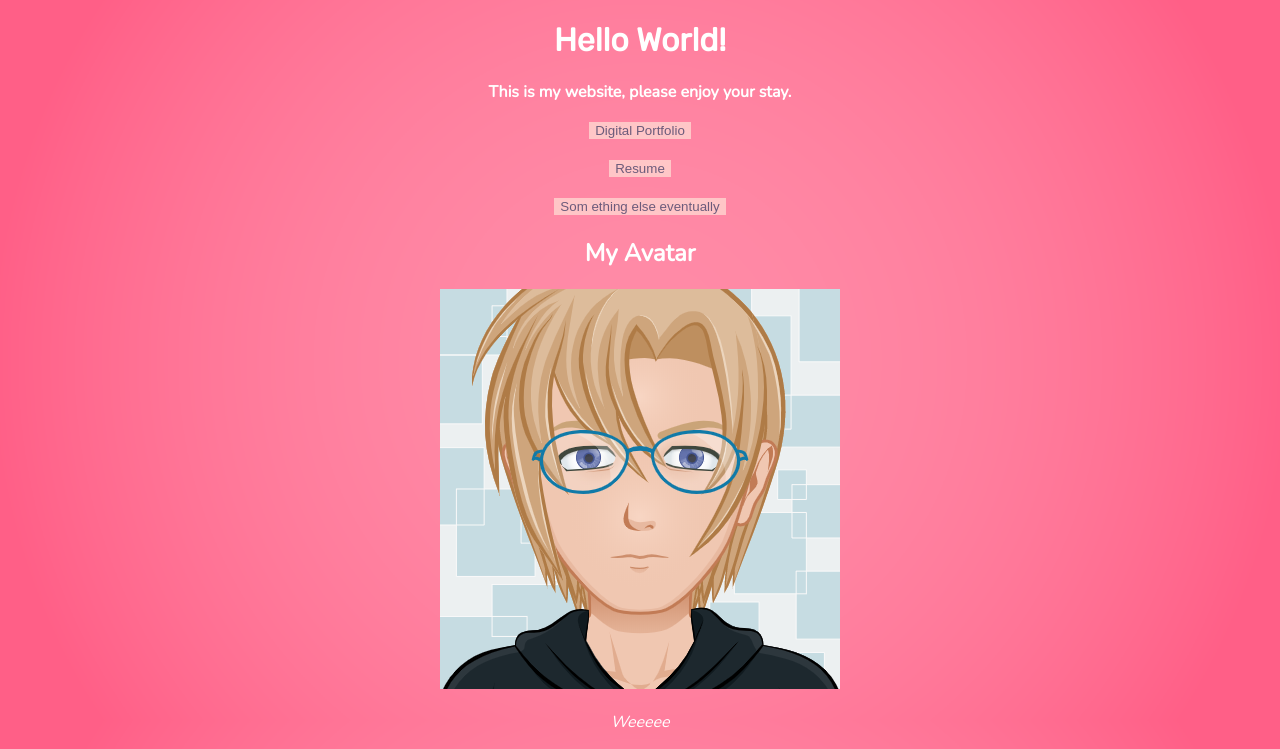
Repository: Ivyeomnky/Ivyeomnky.github.io
Page: index.html
The author's editor kept a record of every edit. The page is drawn from the files as they stood at one moment, then again after the next edit.
The browser window is 1280 px wide. The pictures show the whole page.
Backgrounds fixed to the window are drawn as part of the page.

Above is the page before.

After the next edit:
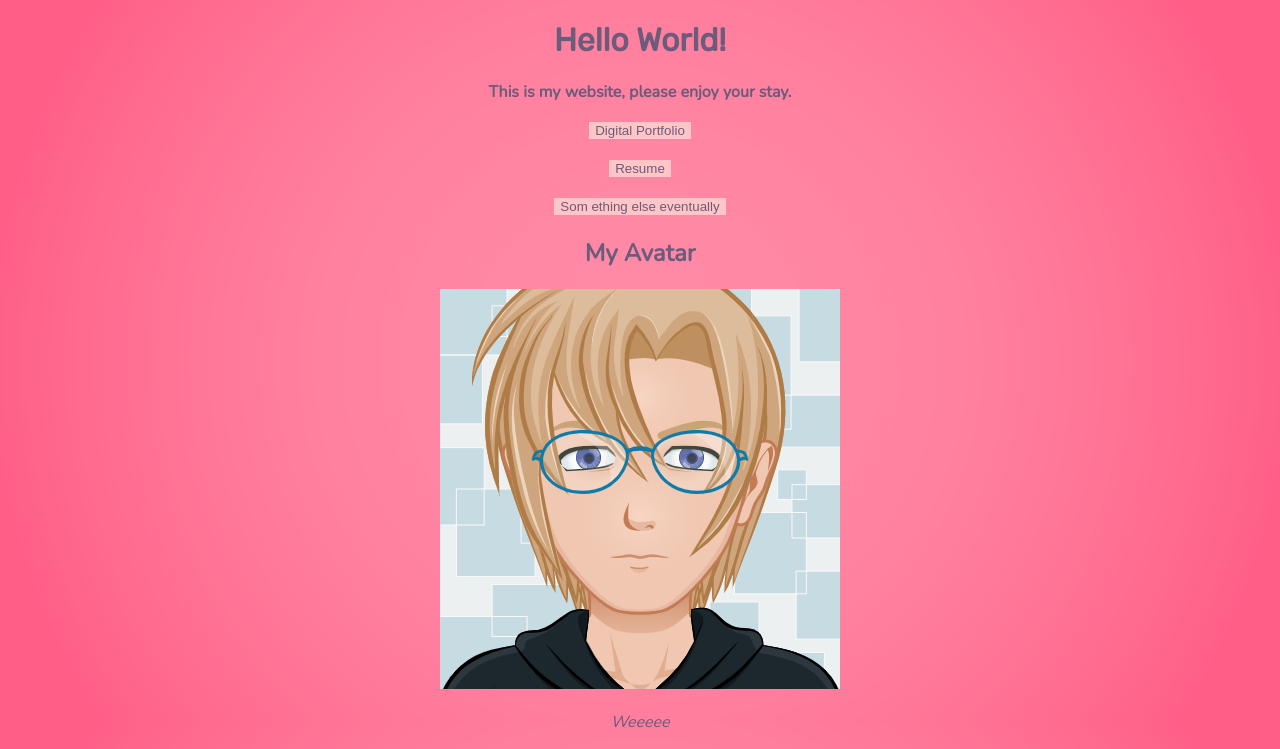
The edit:
--- a/css.css
+++ b/css.css
@@ -1,5 +1,5 @@
 body {
-  color: White;
+  color: #6c5b7b;
   font-family: 'Nunito', sans-serif;
   background-image: url('images/pinkBG.png');
   background-repeat: no-repeat;
